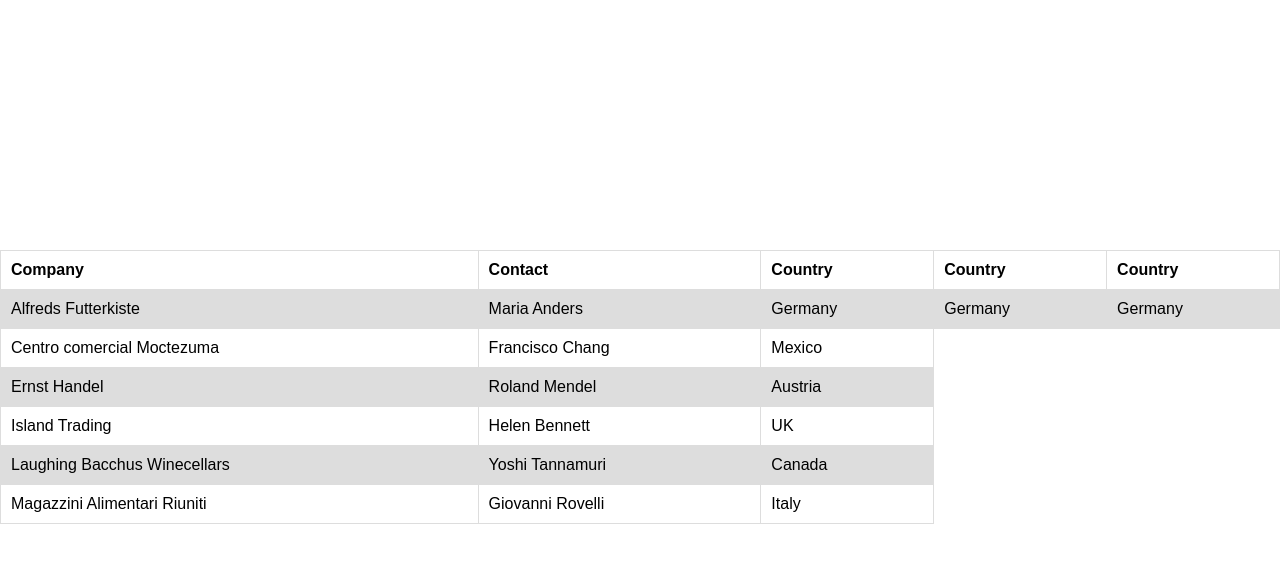
Repository: Seryozha02/ApiRequests
Page: index.html
The author's editor kept a copy of each file at every save. The page is drawn from the files as they stood at one save, then again after a run of saves.
The browser window is 1280 px wide. The pictures show the whole page.

Above is the page before, as saved 2022-09-22 21:19:13.

After the next 2 saves:
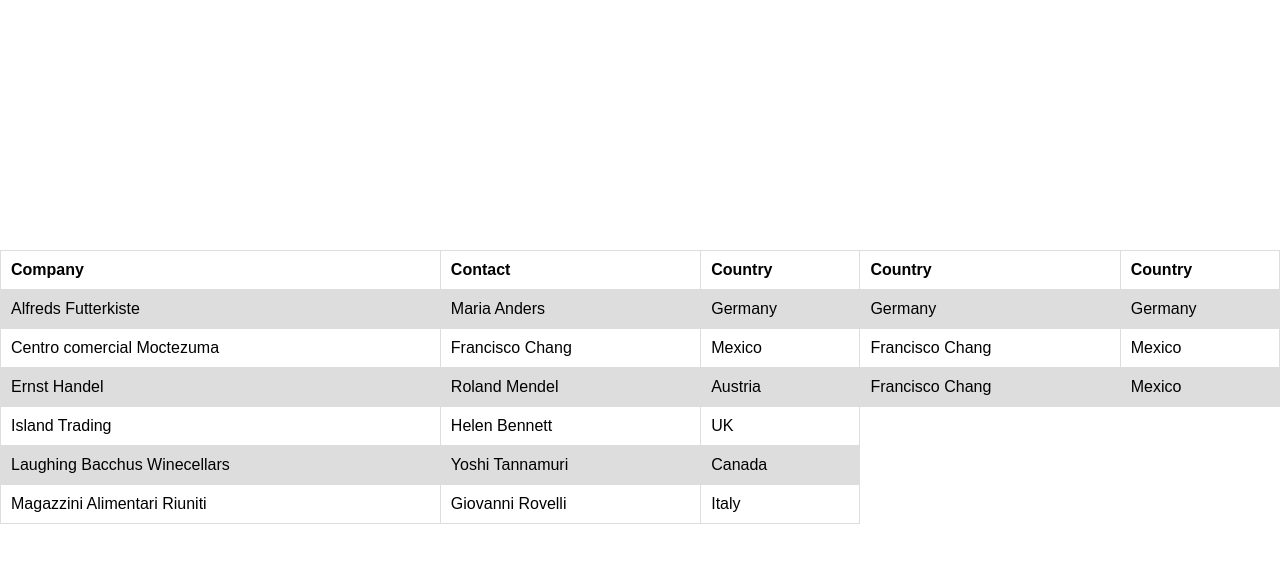
The 2 saves are shown as one change because they came seconds apart.
The last was saved 18 s later.
--- a/index.html
+++ b/index.html
@@ -27,11 +27,15 @@
           <td>Centro comercial Moctezuma</td>
           <td>Francisco Chang</td>
           <td>Mexico</td>
+          <td>Francisco Chang</td>
+          <td>Mexico</td>
         </tr>
         <tr>
           <td>Ernst Handel</td>
           <td>Roland Mendel</td>
           <td>Austria</td>
+          <td>Francisco Chang</td>
+          <td>Mexico</td>
         </tr>
         <tr>
           <td>Island Trading</td>
